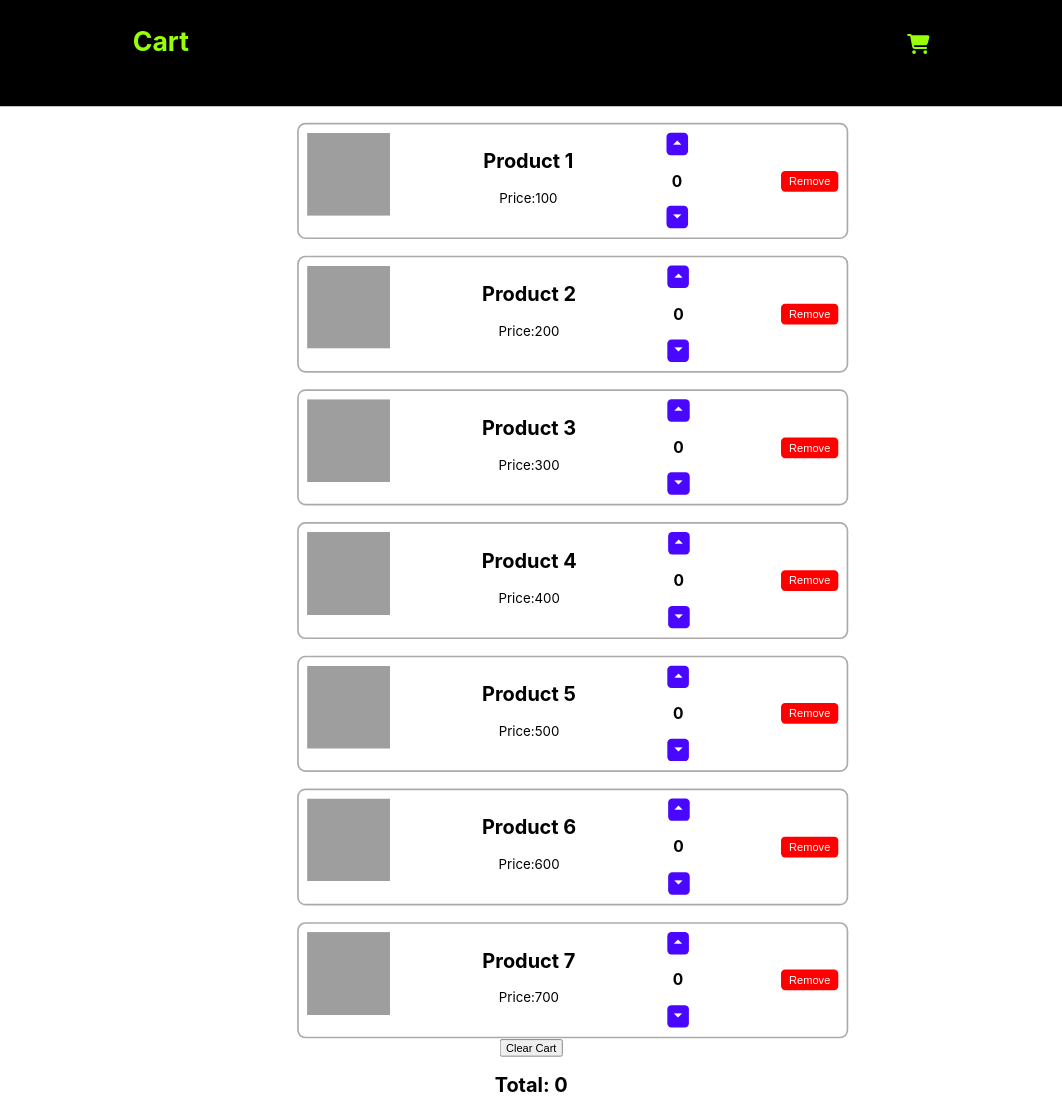
Repository: sriram1224/Cart-react-app
Page: /
The author's editor kept a copy of each file at every save. The page is drawn from the files as they stood at one save, then again after the next save.
The browser window is 1280 px wide. The pictures show the whole page, at 83% of full size.
Pictures or frames that could not be fetched are drawn as grey boxes. The project was rebuilt for these pictures with package versions that can differ from the ones it lists, and the page was loaded fresh each time.

Above is the page before, as saved 2024-03-12 22:26:43.

### public/index.html
<!DOCTYPE html>
<html lang="en">

<head>
  <meta charset="utf-8" />
  <link rel="icon" href="%PUBLIC_URL%/favicon.ico" />
  <meta name="viewport" content="width=device-width, initial-scale=1" />
  <meta name="theme-color" content="#000000" />
  <meta name="description" content="Web site created using create-react-app">
  <link rel="stylesheet"
    href="https://fonts.googleapis.com/css2?family=Material+Symbols+Outlined:opsz,wght,FILL,GRAD@24,400,0,0" />


  <title>React App</title>
</head>

<body>
  <noscript>You need to enable JavaScript to run this app.</noscript>
  <div id="root"></div>

</body>

</html>

### src/App.js
import Nav from "./Components/Nav.js"
import './App.css';
import Cart from './Components/cart.js';
function App() {
  return (
    <div className="App">

      <Cart />
    </div>
  );
}

export default App;

### src/Components/Nav.js
import { FontAwesomeIcon } from '@fortawesome/react-fontawesome';
import { faShoppingCart } from '@fortawesome/free-solid-svg-icons';
import './Navbar.css';

function Navbar({ cartItems }) {
      console.log(cartItems);
    return (

      <div className="nav-container">
      <div className="cart">
          <div className="heading">
              <h1>
              Cart
              </h1>
          </div>
      <h1>
        <div className="cart-icon-container">
          <FontAwesomeIcon icon={faShoppingCart} className="cart-icon" />
          {cartItems > 0 && (
            <span className="cart-count">{cartItems}</span>
          )}
        </div>

      </h1>
    </div>
      </div>
  );
}

export default Navbar;

### src/Components/cart.js
import React, { useState, useEffect } from "react";
import { BiSolidUpArrow, BiSolidDownArrow } from "react-icons/bi";
import Nav from './Nav'
import './cart.css'

function Cart() {
    const [products, setProducts] = useState([
        { id: "1", name: "Product 1", price: 100, quantity: 0, image: "https://images.unsplash.com/photo-1564466809058-bf4114d55352?w=500&auto=format&fit=crop&q=60&ixlib=rb-4.0.3&ixid=M3wxMjA3fDB8MHxzZWFyY2h8MjN8fHByb2R1Y3R8ZW58MHx8MHx8fDA%3D" },
        { id: "2", name: "Product 2", price: 200, quantity: 0, image: "https://images.unsplash.com/photo-1560343090-f0409e92791a?w=500&auto=format&fit=crop&q=60&ixlib=rb-4.0.3&ixid=M3wxMjA3fDB8MHxzZWFyY2h8N3x8cHJvZHVjdHxlbnwwfHwwfHx8MA%3D%3D" },
        { id: "3", name: "Product 3", price: 300, quantity: 0, image: "https://images.unsplash.com/photo-1560343090-f0409e92791a?w=500&auto=format&fit=crop&q=60&ixlib=rb-4.0.3&ixid=M3wxMjA3fDB8MHxzZWFyY2h8N3x8cHJvZHVjdHxlbnwwfHwwfHx8MA%3D%3D" },
        { id: "4", name: "Product 4", price: 400, quantity: 0, image: "https://images.unsplash.com/photo-1542291026-7eec264c27ff?w=500&auto=format&fit=crop&q=60&ixlib=rb-4.0.3&ixid=M3wxMjA3fDB8MHxzZWFyY2h8MTF8fHByb2R1Y3R8ZW58MHx8MHx8fDA%3D" },
        { id: "5", name: "Product 5", price: 500, quantity: 0, image: "https://images.unsplash.com/photo-1553456558-aff63285bdd1?w=500&auto=format&fit=crop&q=60&ixlib=rb-4.0.3&ixid=M3wxMjA3fDB8MHxzZWFyY2h8MTJ8fHByb2R1Y3R8ZW58MHx8MHx8fDA%3D" },
        { id: "6", name: "Product 6", price: 600, quantity: 0, image: "https://images.unsplash.com/photo-1553456558-aff63285bdd1?w=500&auto=format&fit=crop&q=60&ixlib=rb-4.0.3&ixid=M3wxMjA3fDB8MHxzZWFyY2h8MTJ8fHByb2R1Y3R8ZW58MHx8MHx8fDA%3D" },
        { id: "7", name: "Product 7", price: 700, quantity: 0, image: "https://images.unsplash.com/photo-1583394838336-acd977736f90?w=500&auto=format&fit=crop&q=60&ixlib=rb-4.0.3&ixid=M3wxMjA3fDB8MHxzZWFyY2h8MTl8fHByb2R1Y3R8ZW58MHx8MHx8fDA%3D" }
    ]);

    const [total, setTotal] = useState(0);
    const [cartItems, setCartItems] = useState(0);

    useEffect(() => {
        let newCartItems = 0;
        products.forEach(product => {
            newCartItems += product.quantity;
        });
        setCartItems(newCartItems);
    }, [products]);

    const increaseQuantity = (index) => {
        const updatedProducts = [...products];
        updatedProducts[index].quantity++;
        setProducts(updatedProducts);
        updateTotal();
    };

    const decreaseQuantity = (index) => {
        const updatedProducts = [...products];
        if (updatedProducts[index].quantity > 0) {
            updatedProducts[index].quantity--;
            setProducts(updatedProducts);
            updateTotal();
        }
    };

    const updateTotal = () => {
        let newTotal = 0;
        products.forEach((product) => {
            newTotal += product.quantity * product.price;
        });
        setTotal(newTotal);
    };

    const clearCart = () => {
        setProducts([]);
        setTotal(0);
        setCartItems(0);
    };

    const removeFromCart = (index) => {
        const updatedProducts = [...products];
        updatedProducts.splice(index, 1);
        setProducts(updatedProducts);
        updateTotal();
    };

    return (
        <div>
            <Nav cartItems={cartItems} />
            <div className="">
                {products.map((product, index) => {
                    return (
                        <div className="product-container" key={index}>
                            <img src={product.image} alt={product.name} />
                            <div className="text">
                            <h2>{product.name}</h2>
                            <p>Price:{product.price}</p></div>
                            <div className="button-quantity">
                                <button onClick={() => increaseQuantity(index)}>
                                    <span class="material-symbols-outlined">
arrow_drop_up
</span>
                                </button>
                                <h3>{product.quantity}</h3>
                                <button onClick={() => decreaseQuantity(index)}>
                                    <span class="material-symbols-outlined">
arrow_drop_down
</span>
                                </button>
                            </div>
                            <div className="rm-button">
                            <button onClick={() => removeFromCart(index)}>Remove</button>
                        </div></div>
                    );
                })}
                <button onClick={clearCart}>Clear Cart</button>
                <h2>Total: {total}</h2>
            </div>
        </div>
    );
}

export default Cart;

### src/Components/Navbar.css
.cart-icon-container {
    position: relative;
    display: inline-block;
}

.cart-icon {
    font-size: 1.5rem;
    color: rgb(152, 255, 7);

}

.cart-count {
    position: absolute;
    top: -10px;

    right: -10px;
    /* Adjust the horizontal positioning */
    background-color: red;
    color: white;
    border-radius: 50%;
    padding: 2px 6px;
    font-size: 0.8rem;
    /* Adjust the font size as needed */
}

.cart{
    display: flex;
    justify-content: space-between;
    margin: 0 10rem;
    align-items: center;
    padding-top: 10px;

}

.heading{
text-align: center;
color: rgb(152, 255, 7);
}

.nav-container{
    width: 100%;
    height: 8rem;
    background-color:rgb(0, 0, 0)
}

### src/Components/cart.css
.product-container{
    display: flex;
    gap: 20px;
    justify-content: space-between;
    width: 50%;
    position: relative;
    left: 28%;
    text-align: center;
    margin-top: 20px;
    border: 2px solid rgb(174, 170, 170);
    padding: 10px;
    border-radius: 10px;
}

.product-container img{
    width: 100px;
    height: 100px;
}
.rm-button{
    display: flex;
    align-items: center;
}
.rm-button button{

    background-color: red;
    color: white;
    border: none;
    padding: 5px 10px;
    border-radius: 5px;
    cursor: pointer;
}
.button-quantity span{
    color:rgb(255, 255, 255);

}

.button-quantity button{
   background-color: rgb(73, 7, 255);
    border: none;
    padding: 0px 1px;
    border-radius: 5px;

    cursor: pointer;
}

.text{


    text-align: center;
    gap: 10px;
}
.text p{
    text-align: center;
}

Loaded but not shown: src/index.js (common file); src/index.css (common file); src/reportWebVitals.js (common file); src/App.css (common file)

After the next save:
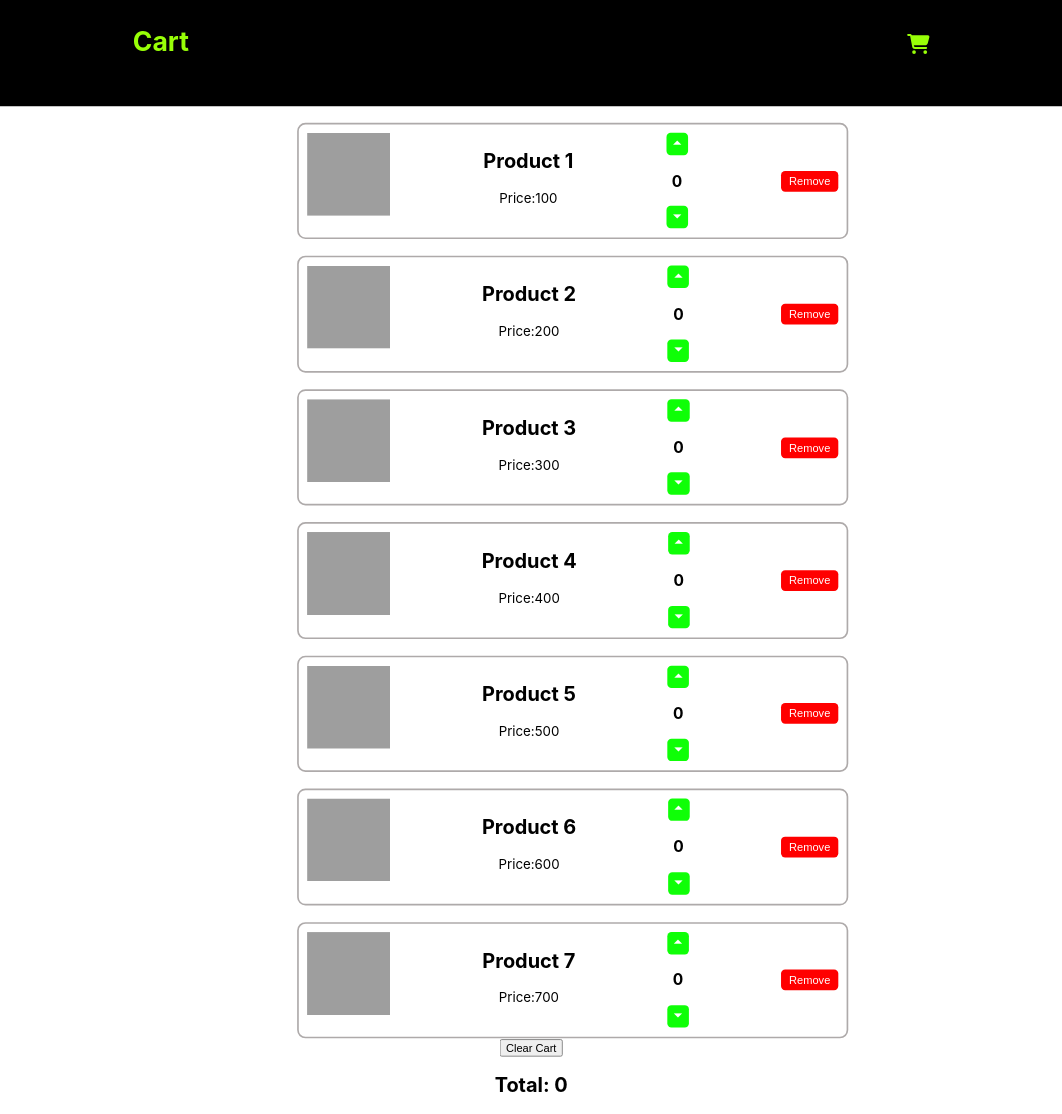
Saved 62 s later.
--- a/src/Components/cart.css
+++ b/src/Components/cart.css
@@ -35,7 +35,7 @@
 }
 
 .button-quantity button{
-   background-color: rgb(73, 7, 255);
+   background-color: rgb(15, 255, 7);
     border: none;
     padding: 0px 1px;
     border-radius: 5px;
